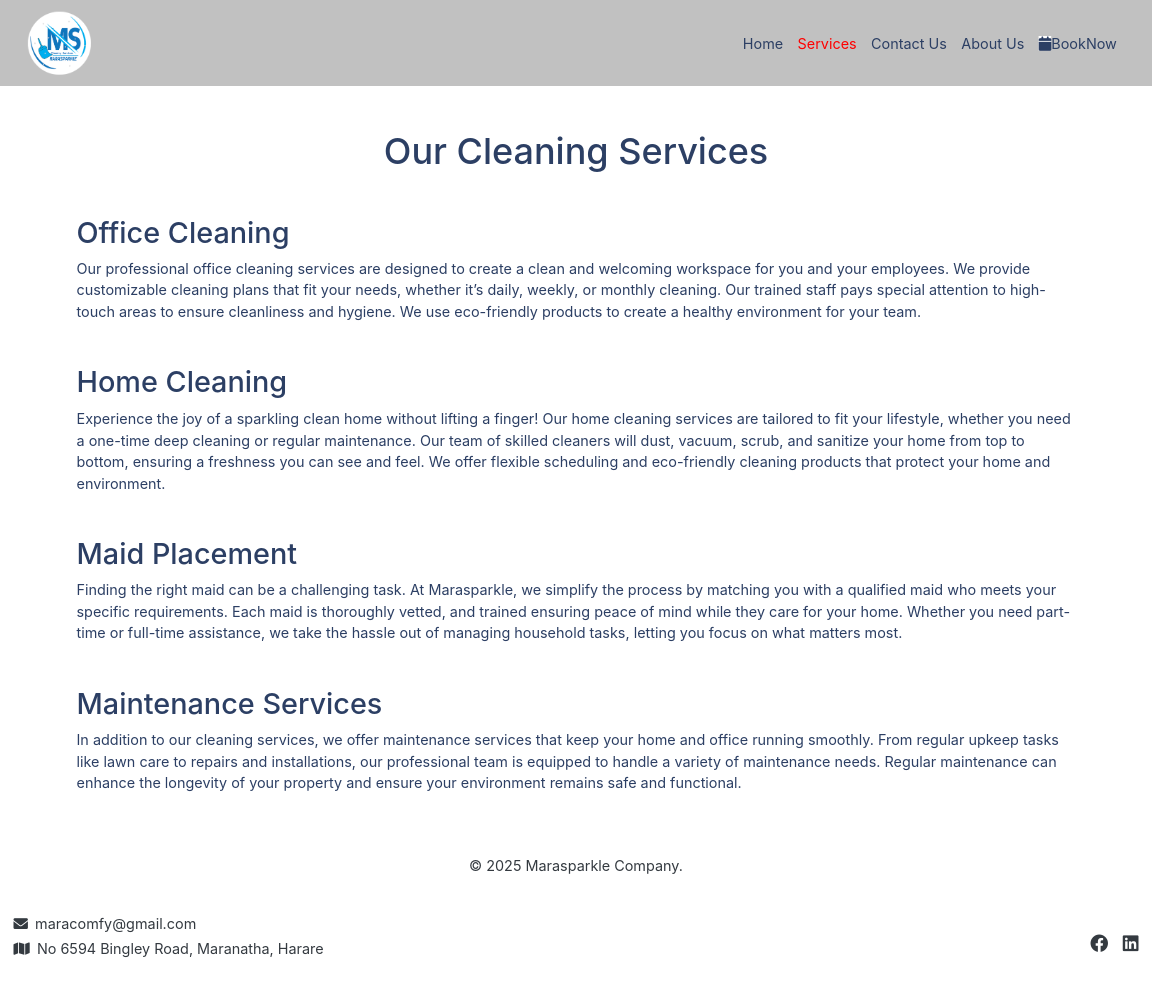
Repository: guineveretim/sparkle
Page: http://localhost/services/
The author's editor kept a copy of each file at every save. The page is drawn from the files as they stood at one save, then again after the next save.
The browser window is 1280 px wide. The page is 1280 px wide, then 1295 px, so the pictures cover 1295 px, including what lies to the right of the window. The pictures show the whole page, at 90% of full size.
The page is served by the project's application, run on Django 5.2 (manage.py). Other server files are loaded and not shown.

Above is the page before, as saved 2025-04-16 10:55:18.

### templates/application/services.html
{% load static %}
<!DOCTYPE html>
<html lang="en">
<head>
    <!-- Required meta tags -->
    <meta charset="utf-8">
    <meta name="viewport" content="width=device-width, initial-scale=1, shrink-to-fit=no">

    <!-- Bootstrap CSS -->
    <link rel="stylesheet" href="https://cdn.jsdelivr.net/npm/bootstrap@4.1.3/dist/css/bootstrap.min.css"
          integrity="sha384-MCw98/SFnGE8fJT3GXwEOngsV7Zt27NXFoaoApmYm81iuXoPkFOJwJ8ERdknLPMO" crossorigin="anonymous">

    <!-- Font Awesome CDN -->
    <link rel="stylesheet" href="https://cdnjs.cloudflare.com/ajax/libs/font-awesome/6.0.0-beta3/css/all.min.css">

    <style>
        background-color:white;
        </style>

    <title>Services</title>
</head>
<body>

    <nav class="navbar navbar-expand-lg navbar-dark sticky-top" style="background-color:rgba(50, 51, 52, 0.3);">
        <div class="container-fluid">
            <a class="navbar-brand" href="{% url 'services_details' %}">
                <img src="{% static 'icons/Maralog.png' %}" style="width:70px;" alt="Logo">
            </a>
            <button class="navbar-toggler" type="button" data-toggle="collapse" data-target="#navbarNav" aria-controls="navbarNav" aria-expanded="false" aria-label="Toggle navigation">
                <span class="navbar-toggler-icon" style="color:white;"></span>
            </button>

            <div class="collapse navbar-collapse" id="navbarNav">
                <ul class="navbar-nav ml-auto">
                    <li class="nav-item">
                        <a class="nav-link" href="{% url 'home' %}" style="color:#2c3f64;">Home <span class="sr-only">(current)</span></a>
                    </li>
                    <li class="nav-item active">
                        <a class="nav-link" href="{% url 'services_details' %}" style="color:red;">Services</a>
                    </li>
                    <li class="nav-item">
                        <a class="nav-link" href="{% url 'contact' %}" style="color:#2c3f64;">Contact Us</a>
                    </li>
                    <li class="nav-item active">
                        <a class="nav-link" href="{% url 'about' %}" style="color:#2c3f64;">About Us</a>
                    </li>
                    <li class="nav-item">
                        <a class="nav-link" href="{% url 'login' %}" style="color:#2c3f64;">
                            <i class="fas fa-calendar" style="background-color: rgb(255, 255, 255);"></i>BookNow
                        </a>
                    </li>
                </ul>
            </div>
        </div>
    </nav>

    <div class="container mt-5 " style="color:#2c3f64;">
        <h1 class="text-center">Our Cleaning Services</h1>

        <section class="my-5">
            <h2>Office Cleaning</h2>
            <p>Our professional office cleaning services are designed to create a clean and welcoming workspace for you and your employees. We provide customizable cleaning plans that fit your needs, whether it’s daily, weekly, or monthly cleaning. Our trained staff pays special attention to high-touch areas to ensure cleanliness and hygiene. We use eco-friendly products to create a healthy environment for your team.</p>
        </section>

        <section class="my-5">
            <h2>Home Cleaning</h2>
            <p>Experience the joy of a sparkling clean home without lifting a finger! Our home cleaning services are tailored to fit your lifestyle, whether you need a one-time deep cleaning or regular maintenance. Our team of skilled cleaners will dust, vacuum, scrub, and sanitize your home from top to bottom, ensuring a freshness you can see and feel. We offer flexible scheduling and eco-friendly cleaning products that protect your home and environment.</p>
        </section>

        <section class="my-5">
            <h2>Maid Placement</h2>
            <p>Finding the right maid can be a challenging task. At Marasparkle, we simplify the process by matching you with a qualified maid who meets your specific requirements. Each maid is thoroughly vetted, and trained ensuring peace of mind while they care for your home. Whether you need part-time or full-time assistance, we take the hassle out of managing household tasks, letting you focus on what matters most.</p>
        </section>

        <section class="my-5">
            <h2>Maintenance Services</h2>
            <p>In addition to our cleaning services, we offer maintenance services that keep your home and office running smoothly. From regular upkeep tasks like lawn care to repairs and installations, our professional team is equipped to handle a variety of maintenance needs. Regular maintenance can enhance the longevity of your property and ensure your environment remains safe and functional.</p>
        </section>
    </div>

    <footer class="footer text-center" style="background-color: rgba(255, 255, 255, 0.3); padding: 20px 0;">
        <div class="container-fluid">
            <div class="row">
                <div class="col-12">
                    <p class="mb-1 text-dark">© 2025 Marasparkle Company.</p>

                </div>
            </div>
        </div>
    </footer>

    <div class="sub-header  text-dark py-3" style="  background-color:rgb(255, 255, 255);">
        <div class="container-fluid">
            <div class="row align-items-center">
                <div class="col-lg-8 col-md-8 col-sm-12 text-center text-md-left mb-3 mb-md-0">
                    <ul class="list-unstyled">
                        <li class="d-flex align-items-center mb-1">
                            <i class="fa fa-envelope mr-2"></i>
                            <span>maracomfy@gmail.com</span>
                        </li>
                        <li class="d-flex align-items-center">
                            <i class="fa fa-map mr-2"></i>
                            <span>No 6594 Bingley Road, Maranatha, Harare</span>
                        </li>
                    </ul>
                </div>
                <div class="col-lg-4 col-md-4 col-sm-12 text-center text-md-right">
                    <ul class="list-unstyled d-flex justify-content-center justify-content-md-end mb-0">
                        <li class="mr-3">
                            <a href="https://www.facebook.com/profile.php?id=61573551016908" class="text-dark" aria-label="Facebook">
                                <i class="fab fa-facebook fa-lg"></i>
                            </a>
                        </li>
                        <li>
                            <a href="https://linkedin.com" class="text-dark" aria-label="LinkedIn">
                                <i class="fab fa-linkedin fa-lg"></i>
                            </a>
                        </li>
                    </ul>
                </div>
            </div>
        </div>
    </div>

<!-- jQuery first, then Popper.js, then Bootstrap JS -->
<script src="https://code.jquery.com/jquery-3.3.1.slim.min.js" integrity="sha384-q8i/X+965DzO0rT7abK41JStQIAqVgRVzpbzo5smXKp4YfRvH+8abtTE1Pi6jizo" crossorigin="anonymous"></script>
<script src="https://cdn.jsdelivr.net/npm/popper.js@1.14.3/dist/umd/popper.min.js" integrity="sha384-ZMP7rVo3mIykV+2+9J3UJ46jBk0WLaUAdn689aCwoqbBJiSnjAK/l8WvCWPIPm49" crossorigin="anonymous"></script>
<script src="https://cdn.jsdelivr.net/npm/bootstrap@4.1.3/dist/js/bootstrap.min.js" integrity="sha384-ChfqqxuZUCnJSK3+MXmPNIyE6ZbWh2IMqE241rYiqJxyMiZ6OW/JmZQ5stwEULTy" crossorigin="anonymous"></script>
</body>
</html>

### marasparkle/views.py

from django.shortcuts import redirect, render
from django.contrib.auth import authenticate, login
from .forms import  UserRegistrationForm, UserLoginForm
from django.contrib.auth.decorators import login_required
from django.contrib import messages
from .forms import BookingForm
from django.views.decorators.cache import never_cache
from django.views.decorators.csrf import csrf_protect
from django.contrib.auth.models import Group
from django.http import HttpResponse
from .models import Booking
from django.shortcuts import get_object_or_404



def home(request):
  return render(request, 'application/home.html')

def Service(request):
    return render(request, 'application/services.html')


def contact(request):
    return render(request, 'application/contact.html')

def about_view(request):
    return render(request, 'application/about.html')

def bookin(request):
    return render(request, 'application/bookin.html')





def register(request):
    if request.method == 'POST':
        form = UserRegistrationForm(request.POST)
        if form.is_valid():
            user = form.save(commit=False)
            user.set_password(form.cleaned_data['password'])
            user.save()

            group =Group.objects.get(name = 'user')
            user.groups.add(group)


            login(request, user)
            messages.success(request, "Registration successful.")
            return redirect('login')
    else:
        form = UserRegistrationForm()

    return render(request, 'authentication/register.html', {'form': form})

def login_view(request):
    if request.method == 'POST':
        form = UserLoginForm(data=request.POST)
        if form.is_valid():
            username = form.cleaned_data.get('username')
            password = form.cleaned_data.get('password')
            user = authenticate(request, username=username, password=password)

            if user is not None:

                if user.groups.filter(name='admin').exists():
                    login(request, user)
                    return redirect('/admin/')
                elif user.groups.filter(name='user').exists():
                    login(request, user)
                    return redirect('create_booking')
            else:

                messages.error(request, 'Invalid username or password.')
        else:
            # Optional: Handle field errors
            for field, errors in form.errors.items():
                for error in errors:
                    messages.error(request, error)

    else:
        form = UserLoginForm()

    return render(request, 'authentication/login.html', {'form': form})


@login_required
def create_booking(request):
    if request.method == 'POST':
        form = BookingForm(request.POST)
        if form.is_valid():
            booking = form.save(commit=False)
            booking.user = request.user  # Associate the booking with the logged-in user
            booking.save()  # Save the booking record

            # Redirect to the success page with the booking ID
            return redirect('booking_success', booking_id=booking.id)
    else:
        form = BookingForm()

    return render(request, 'accounts/booking.html', {'form': form})



@login_required
def booking_success(request, booking_id):
    booking = get_object_or_404(Booking, id=booking_id)

    context = {
        'service_type': booking.get_service_selection_display(),  # To show a human-readable name for service_selection
        'booking_date': booking.date_time.date(),
        'booking_time': booking.date_time.time(),
        'contact_info': booking.contact_infor,
        'location_info': booking.location_infor,
        'additional_details': booking.additional_details,
    }

    return render(request, 'application/bookin.html', context)

### marasparkleweb/urls.py
"""
URL configuration for marasparkleweb project.

The `urlpatterns` list routes URLs to views. For more information please see:
    https://docs.djangoproject.com/en/5.1/topics/http/urls/
Examples:
Function views
    1. Add an import:  from my_app import views
    2. Add a URL to urlpatterns:  path('', views.home, name='home')
Class-based views
    1. Add an import:  from other_app.views import Home
    2. Add a URL to urlpatterns:  path('', Home.as_view(), name='home')
Including another URLconf
    1. Import the include() function: from django.urls import include, path
    2. Add a URL to urlpatterns:  path('blog/', include('blog.urls'))
"""
from django.contrib import admin
from django.urls import include, path

urlpatterns = [
    path('admin/', admin.site.urls),
    path('', include('marasparkle.urls')),
]

### marasparkle/urls.py
from django.urls import path

from marasparkle.forms import ResetPasswordConfirmForm, ResetPasswordForm
from . import views
from django.contrib.auth import views as auth_views
from .views import create_booking, booking_success



urlpatterns = [
    path('', views.home, name='home'),
    path('about/',views.about_view, name='about'),
    path('services/',views.Service,name='services_details'),
    path('login/', views.login_view, name= 'login'),
    path('register/', views.register, name='register'),
    path('contact/', views.contact, name='contact'),


    path('password_reset/', auth_views.PasswordResetView.as_view(
        template_name='authentication/password_reset.html',
        form_class=ResetPasswordForm
    ), name='password_reset'),


    path('password_reset_done/', auth_views.PasswordResetDoneView.as_view(
        template_name='authentication/password_reset_done.html'
    ), name='password_reset_done'),


    path('password_reset_confirm/<uidb64>/<token>/', auth_views.PasswordResetConfirmView.as_view(
        template_name='authentication/password_reset_confirm.html',
        form_class=ResetPasswordConfirmForm
    ), name='password_reset_confirm'),

    path('password_reset_complete/', auth_views.PasswordResetCompleteView.as_view(
        template_name='authentication/password_reset_complete.html'
    ), name='password_reset_complete'),


      path('booking/', create_booking, name='create_booking'),
    path('booking-success/<int:booking_id>/', booking_success, name='booking_success'),



]

After the next save:
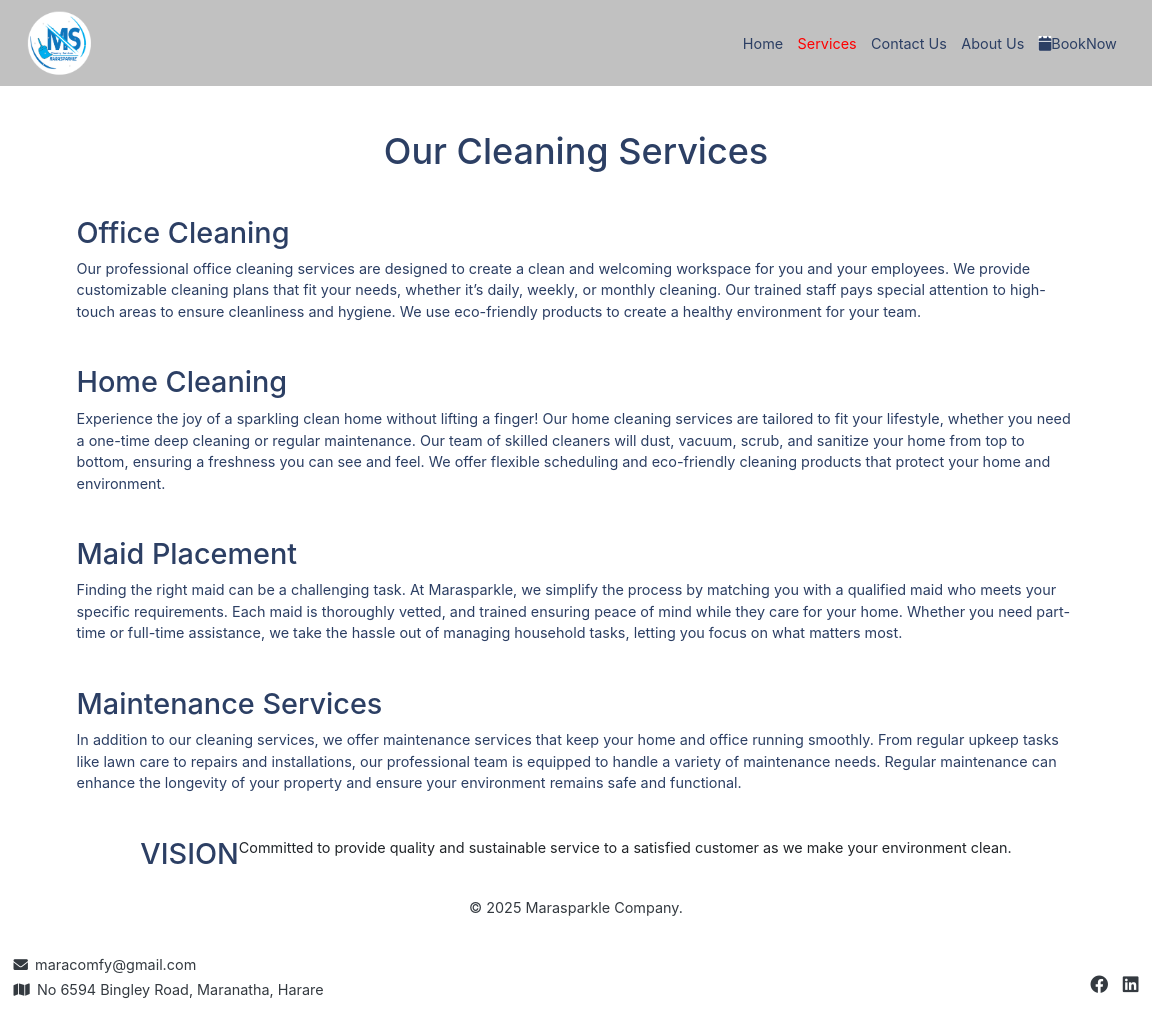
Saved 2 min 56 s later.
--- a/templates/application/services.html
+++ b/templates/application/services.html
@@ -78,6 +78,14 @@
         </section>
     </div>
 
+    <div class="container-flluid">
+        <div class="row">
+            <div class="col-12 d-flex justify-content-center">
+                <h2 class="text-center" style="color:#2c3f64;">VISION</h2>
+                <p class="text-center">Committed to provide quality and sustainable service to a satisfied customer as we make your environment clean.</p>
+        </div>
+    </div>
+
     <footer class="footer text-center" style="background-color: rgba(255, 255, 255, 0.3); padding: 20px 0;">
         <div class="container-fluid">
             <div class="row">
